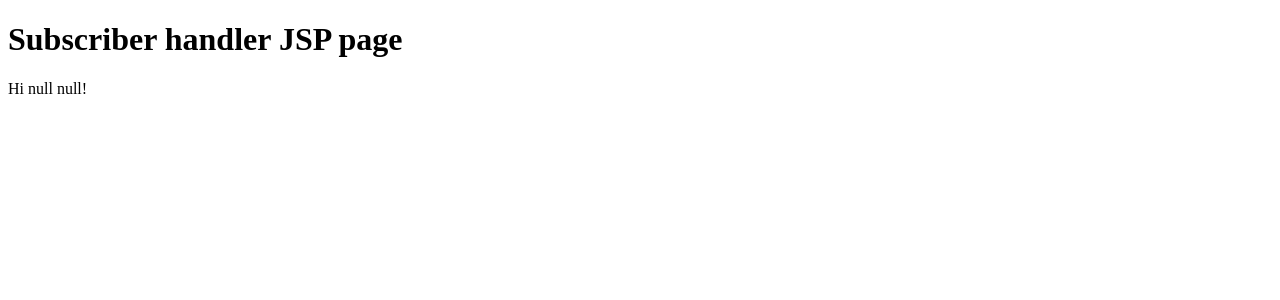
Repository: usaeed/Project2018
Page: http://localhost/BlueWhale/handleSubscribeInfo.jsp
These files come from the project's save history. The page is drawn as it stood at one moment and after the next save; the edit follows.
The browser window is 1280 px wide. The pictures show the whole page.
The page is served by Tomcat 9.

Above is the page before, as saved 2018-02-01 17:46:59.

After the next save:
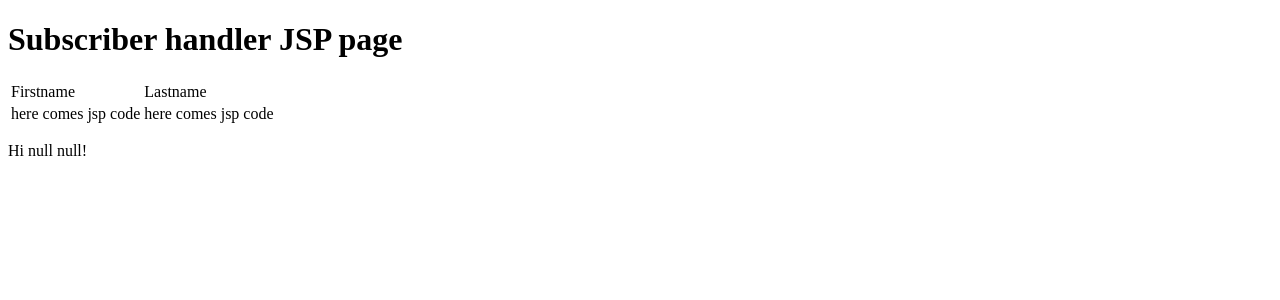
Saved 4 min 27 s later.
--- a/BlueWhale/WebContent/handleSubscribeInfo.jsp
+++ b/BlueWhale/WebContent/handleSubscribeInfo.jsp
@@ -12,6 +12,16 @@
 String firstname = request.getParameter("firstName");
 String lastname = request.getParameter("lastName");
 %>
+<table>
+<tr>
+<td>Firstname</td>
+<td>Lastname</td>
+</tr>
+<tr>
+<td>here comes jsp code</td>
+<td>here comes jsp code</td>
+</tr>
+</table>
 <p>Hi <%=firstname%> <%=lastname%>!
 </body>
 </html>
